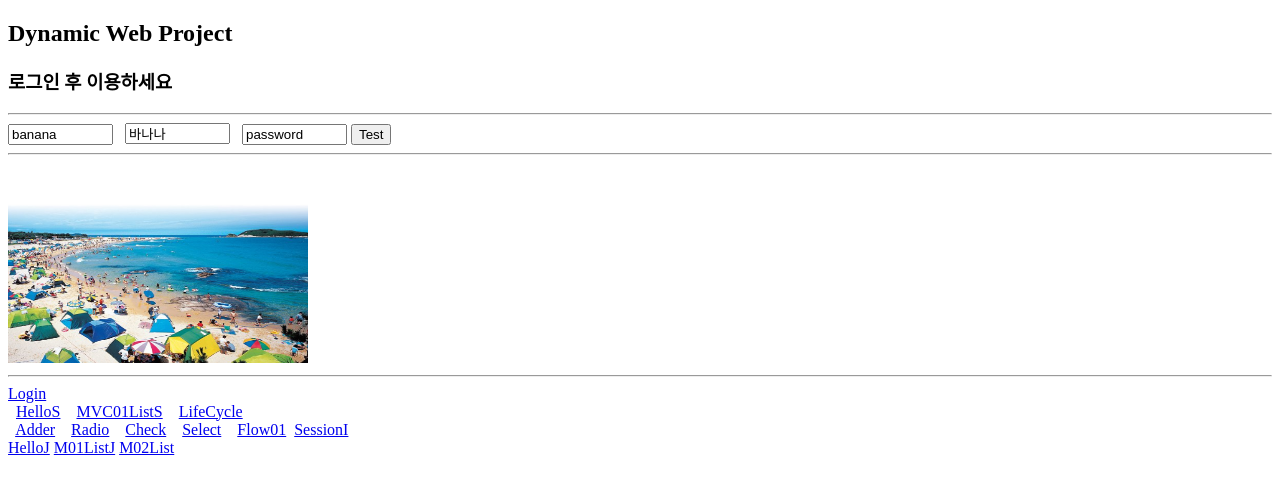
Repository: JYH94/JAVA
Page: http://localhost/web01/home.jsp
These files come from the project's save history. The page is drawn as it stood at one moment and after the next save; the edit follows.
The browser window is 1280 px wide. The pictures show the whole page.
The page is served by Tomcat 9. Other server files are loaded and not shown.

Above is the page before, as saved 2024-01-17 02:16:32.

### web01/src/main/webapp/home.jsp
<%@ page language="java" contentType="text/html; charset=UTF-8"
	pageEncoding="UTF-8"%>

<%@ taglib uri="http://java.sun.com/jsp/jstl/core" prefix="c"%>
<!DOCTYPE html>
<html>
<head>
<meta charset="UTF-8">
<title>** home **</title>
</head>
<body>
	<h2>Dynamic Web Project</h2>
	<%-- <%
// Jsp 가 간편한 이유는 웹에서 필요한 기본 객체
// request, response, session, page, out 들을 객체화해서 제공해줌
	if(session.getAttribute("loginName") != null){ %>
		<h3><%=session.getAttribute("loginName")%>님 안녕하세요</h3>
<%	} else{ %>
		<h3> 로그인 후 이용하세요 </h3>
<%	}
%> --%>
	<c:choose>
		<c:when test="${sessionScope.loginName != null }">
			<h3>${sessionScope.loginName}님 안녕하세요</h3>
		</c:when>
		<c:otherwise>
			<h3>로그인 후 이용하세요</h3>
		</c:otherwise>
	</c:choose>
	<hr>
	<form action="getpost" method="get">
		<input type="text" name="id" value="banana" size="10"> &nbsp;
		<input type="text" name="name" value="바나나" size="10"> &nbsp; <input
			type="text" value="password" size="10"> <input type="submit"
			value="Test">
	</form>
	<hr>
	<!-- 경로 표기
	절대경로 : / 로 시작, 프로젝트명부터 시작
		/web01/images/letsgo.png
	상대경로 : 현재위치에서 시작
		./ 현재위치, ../ 상위 폴더로
		./images/lestgo.p
-->
	<img alt="" src="images/letsgo.png" width="300" height="200">
	<hr>


	<!-- 로그인 후 로그아웃버튼만 나오도록 -->


<%-- 	<c:choose>
		<c:when test="${sessionScope.loginName == null }">
			<a href="/web01/servletTestForm/flowEx04_LoginForm.jsp">Login</a>&nbsp;
			<a href="/web01/logout">Logout</a>
			<br>&nbsp;
	</c:when>
		<c:otherwise>
			<a href="/web01/logout">Logout</a>
			<br>&nbsp;
		</c:otherwise>
	</c:choose> --%>

	<%
		if(request.getSession().getAttribute("loginName") == null) {
	%>
			<a href="/web01/servletTestForm/flowEx04_LoginForm.jsp">Login</a>&nbsp;
			<br>&nbsp;
	<%	} else { %>
			<a href="/web01/logout">Logout</a>
			<br>&nbsp;
	<%	} %>

	<!-- <a href="/web01/servletTestForm/flowEx04_LoginForm.jsp">Login</a>&nbsp;
	<a href="/web01/logout">Logout</a><br>&nbsp; -->
	<a href="/web01/hello">HelloS</a>&nbsp; &nbsp;
	<a href="/web01/list">MVC01ListS</a>&nbsp; &nbsp;
	<a href="/web01/life">LifeCycle</a>
	<br> &nbsp;
	<a href="/web01/servletTestForm/form01_Adder.html">Adder</a>&nbsp;
	&nbsp;
	<a href="/web01/servletTestForm/form02_Radio.jsp">Radio</a>&nbsp;
	&nbsp;
	<a href="/web01/servletTestForm/form03_Check.jsp">Check</a>&nbsp;
	&nbsp;
	<a href="/web01/servletTestForm/form04_Select.jsp">Select</a>&nbsp;
	&nbsp;
	<a href="/web01/flow01">Flow01</a>&nbsp;
	<a href="/web01/sessioni">SessionI</a>
	<br>
	<a href="/web01/jsp01/ex01_HelloJsp.jsp">HelloJ</a>
	<a href="/web01/jsp01/ex02_mvc01List.jsp">M01ListJ</a>
	<a href="/web01/list2">M02List</a>
</body>
</html>

After the next save:
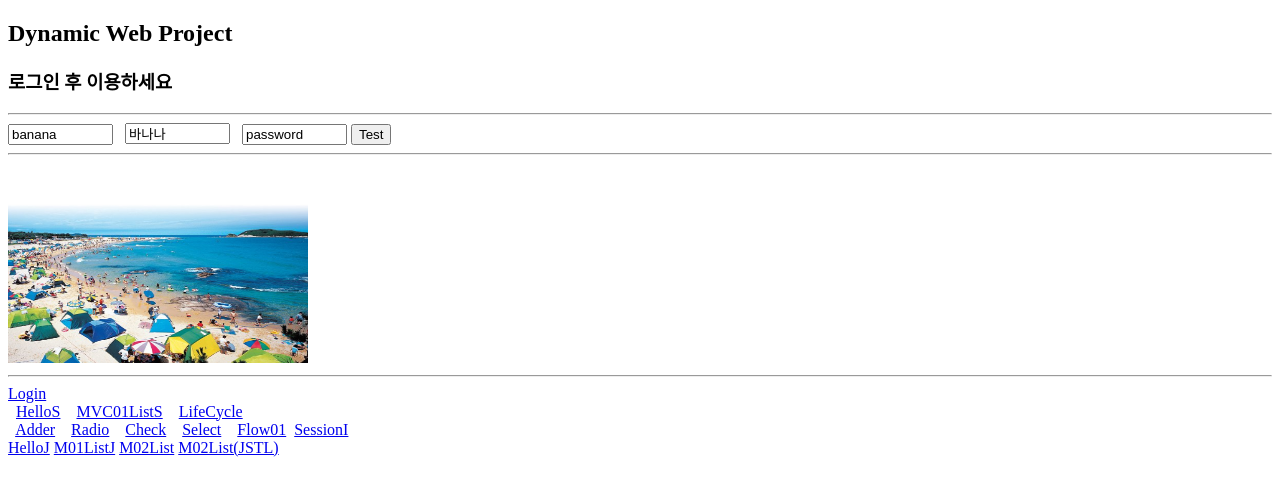
Saved 2 min 13 s later.
--- a/web01/src/main/webapp/home.jsp
+++ b/web01/src/main/webapp/home.jsp
@@ -91,5 +91,6 @@
 	<a href="/web01/jsp01/ex01_HelloJsp.jsp">HelloJ</a>
 	<a href="/web01/jsp01/ex02_mvc01List.jsp">M01ListJ</a>
 	<a href="/web01/list2">M02List</a>
+	<a href="/web01/list2J">M02List(JSTL)</a>
 </body>
 </html>
